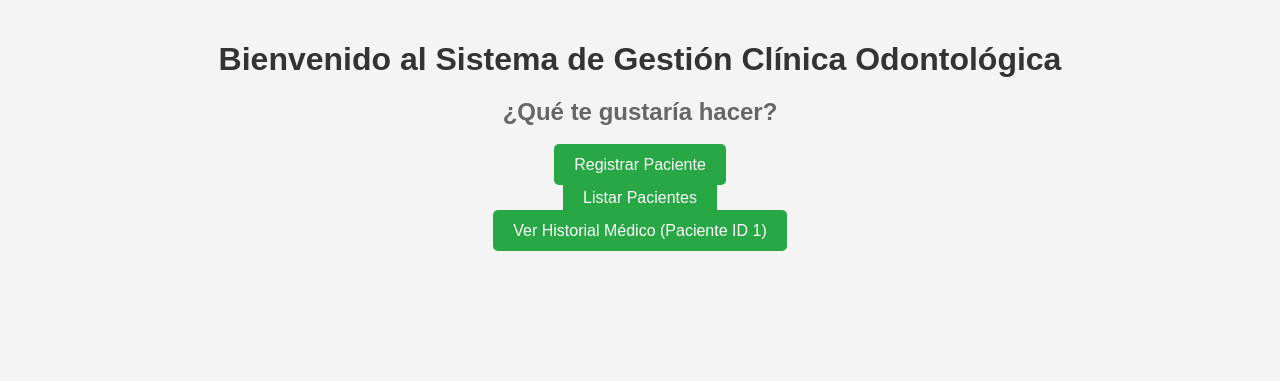
Repository: Aimarvera/LPII_EF_VeraDuran
Page: http://localhost/index
The author's editor kept a copy of each file at every save. The page is drawn from the files as they stood at one save, then again after the next save.
The browser window is 1280 px wide. The pictures show the whole page.
The page is this project's Thymeleaf template; nobody is signed in. The template is opened directly, without the code that normally fills it, so the values that code supplies are empty.

Above is the page before, as saved 2024-10-24 05:26:55.

### Clinica/src/main/resources/templates/index.html
<!DOCTYPE html>
<html xmlns:th="http://www.thymeleaf.org">
<head>
    <meta charset="UTF-8">
    <title>Página Principal - Sistema de Gestión Clínica Odontológica</title>
    <style>
        body {
            font-family: Arial, sans-serif;
            background-color: #f4f4f4;
            margin: 0;
            padding: 20px;
        }

        h1 {
            color: #333;
            text-align: center;
            margin-bottom: 20px; /* Espaciado debajo del título principal */
        }

        h2 {
            color: #666;
            text-align: center;
            margin-bottom: 30px; /* Espaciado debajo del subtítulo */
        }

        ul {
            list-style-type: none;
            padding: 0;
            margin: 0; /* Eliminando el margen de la lista */
        }

        li {
            margin: 15px 0; /* Espaciado entre los elementos de la lista */
            text-align: center;
        }

        a {
            text-decoration: none;
            background-color: #28a745;
            color: white;
            padding: 12px 20px; /* Espaciado interno del botón */
            border-radius: 5px;
            transition: background-color 0.3s; /* Transición suave al cambiar el color */
        }

        a:hover {
            background-color: #218838; /* Color al pasar el mouse */
        }
    </style>
</head>
<body>
    <h1>Bienvenido al Sistema de Gestión Clínica Odontológica</h1>
    <h2>¿Qué te gustaría hacer?</h2>

    <ul>
        <li><a th:href="@{/pacientes/registrar}">Registrar Paciente</a></li>
        <li><a th:href="@{/pacientes/listar}">Listar Pacientes</a></li>
        <li><a th:href="@{/pacientes/historial/1}">Ver Historial Médico (Paciente ID 1)</a></li>
    </ul>
</body>
</html>

After the next save:
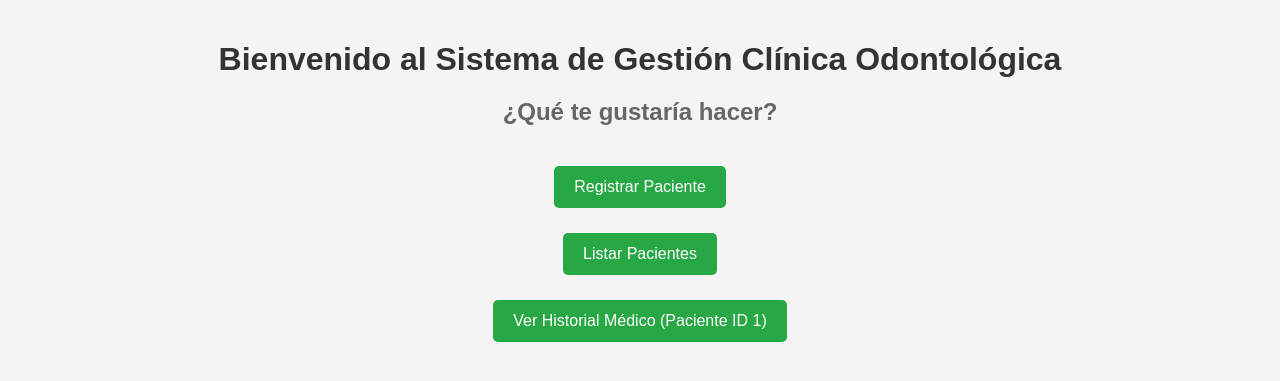
Saved 2 min 3 s later.
--- a/Clinica/src/main/resources/templates/index.html
+++ b/Clinica/src/main/resources/templates/index.html
@@ -20,7 +20,7 @@
         h2 {
             color: #666;
             text-align: center;
-            margin-bottom: 30px; /* Espaciado debajo del subtítulo */
+            margin-bottom: 40px; /* Espaciado debajo del subtítulo */
         }
 
         ul {
@@ -30,7 +30,7 @@
         }
 
         li {
-            margin: 15px 0; /* Espaciado entre los elementos de la lista */
+            margin: 25px 0; /* Mayor espaciado entre los elementos de la lista */
             text-align: center;
         }
 
@@ -41,6 +41,7 @@
             padding: 12px 20px; /* Espaciado interno del botón */
             border-radius: 5px;
             transition: background-color 0.3s; /* Transición suave al cambiar el color */
+            display: inline-block; /* Permitir padding en elementos de bloque */
         }
 
         a:hover {
